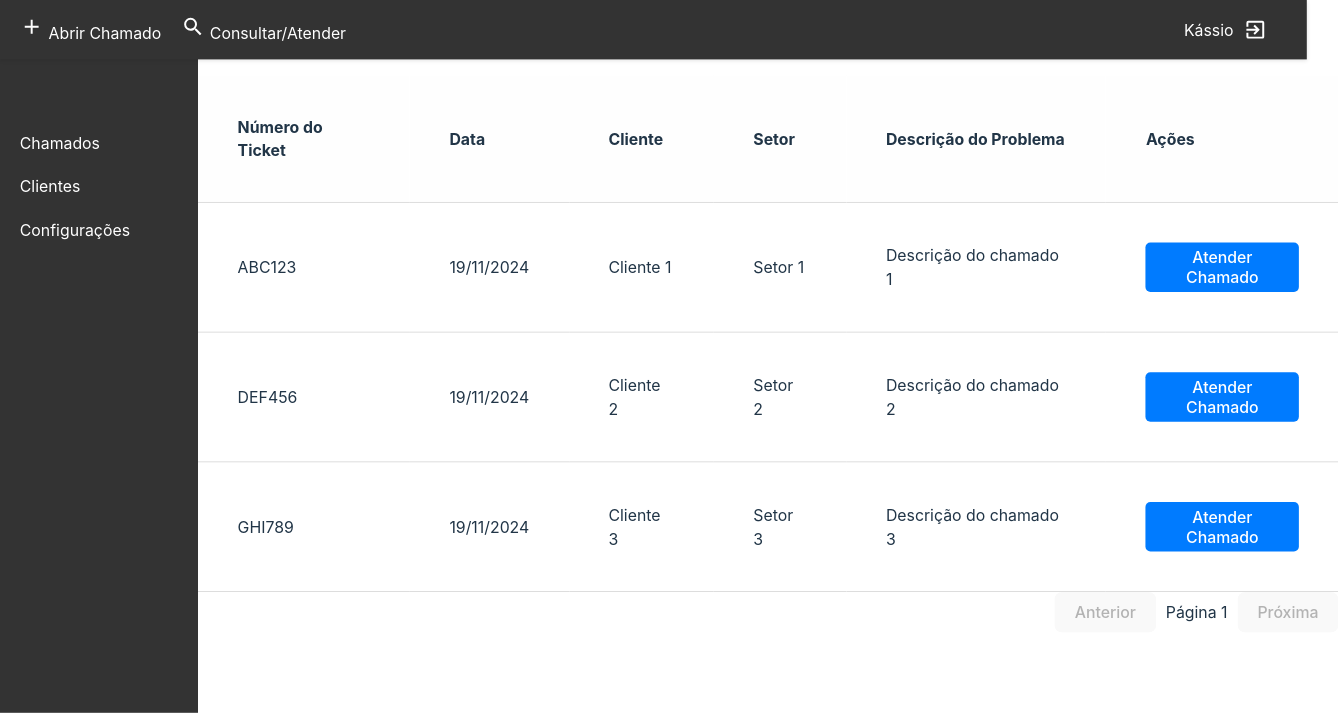
Repository: zkassimz/helpdesk
Page: /, after clicking the first element matching `li`
The author's editor kept a copy of each file at every save. The page is drawn from the files as they stood at one save, then again after the next save.
The browser window is 1280 px wide. The page is 1352 px wide, so the pictures cover 1352 px, including what lies to the right of the window. The pictures show the whole page, at 99% of full size.
The project was rebuilt for these pictures with package versions that can differ from the ones it lists, and the page was loaded fresh each time. Also part of the build but not shown: vite.config.js, src/components/Clientes.jsx, src/components/Configuracoes.jsx.

Above is the page before, as saved 2024-04-01 13:15:04.

After the next save:
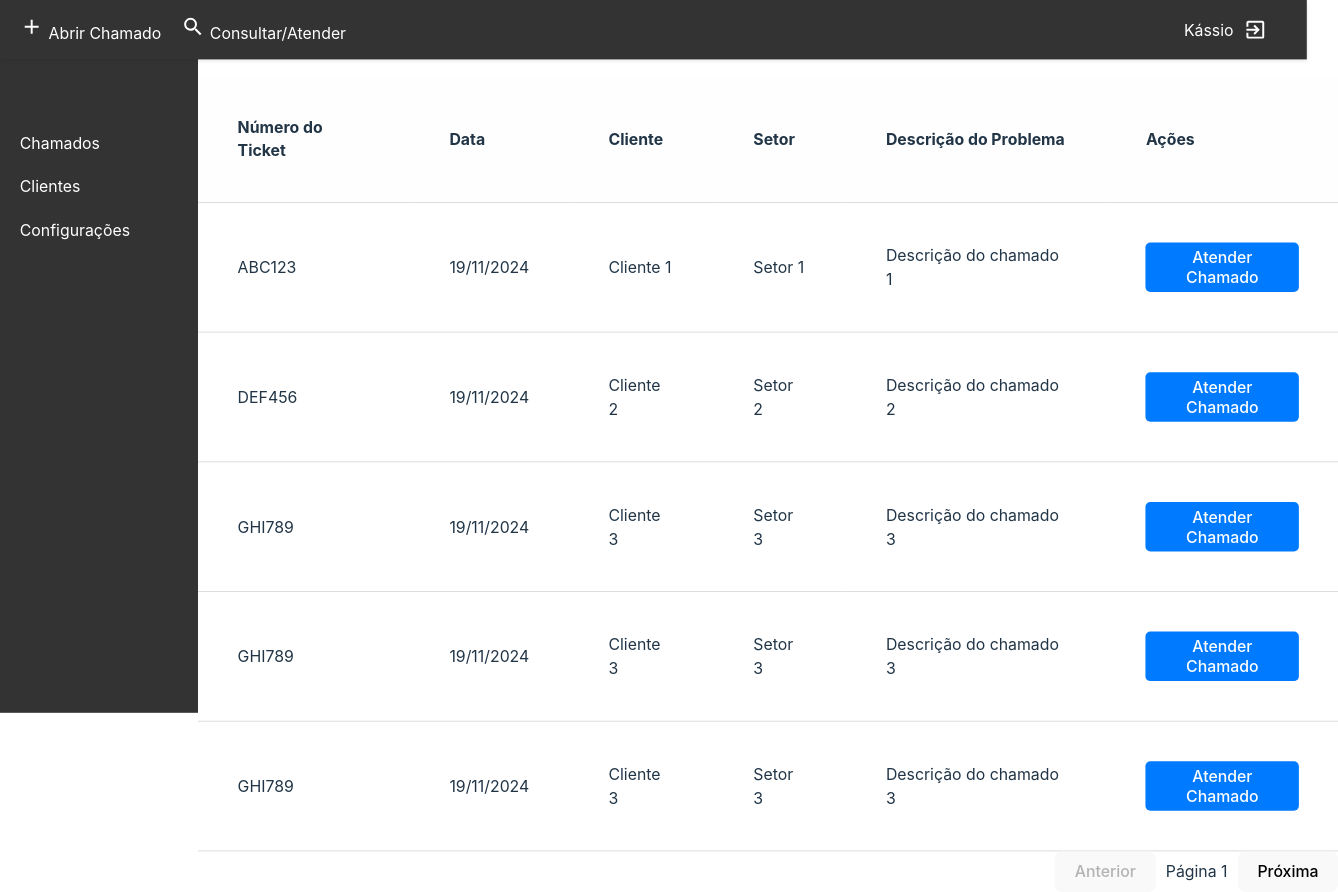
Saved 56 s later.
--- a/src/components/Chamados.jsx
+++ b/src/components/Chamados.jsx
@@ -5,6 +5,11 @@ const Chamados = () => {
   const [chamados, setChamados] = useState([
     { id: 1, cliente: 'Cliente 1', setor: 'Setor 1', descricao: 'Descrição do chamado 1', ticket: 'ABC123', data:  '19/11/2024'},
     { id: 2, cliente: 'Cliente 2', setor: 'Setor 2', descricao: 'Descrição do chamado 2', ticket: 'DEF456' ,data:  '19/11/2024' },
+    { id: 3, cliente: 'Cliente 3', setor: 'Setor 3', descricao: 'Descrição do chamado 3', ticket: 'GHI789' , data:  '19/11/2024' },
+    { id: 3, cliente: 'Cliente 3', setor: 'Setor 3', descricao: 'Descrição do chamado 3', ticket: 'GHI789' , data:  '19/11/2024' },
+    { id: 3, cliente: 'Cliente 3', setor: 'Setor 3', descricao: 'Descrição do chamado 3', ticket: 'GHI789' , data:  '19/11/2024' },
+    { id: 3, cliente: 'Cliente 3', setor: 'Setor 3', descricao: 'Descrição do chamado 3', ticket: 'GHI789' , data:  '19/11/2024' },
+    { id: 3, cliente: 'Cliente 3', setor: 'Setor 3', descricao: 'Descrição do chamado 3', ticket: 'GHI789' , data:  '19/11/2024' },
     { id: 3, cliente: 'Cliente 3', setor: 'Setor 3', descricao: 'Descrição do chamado 3', ticket: 'GHI789' , data:  '19/11/2024' },
   ]);
 
